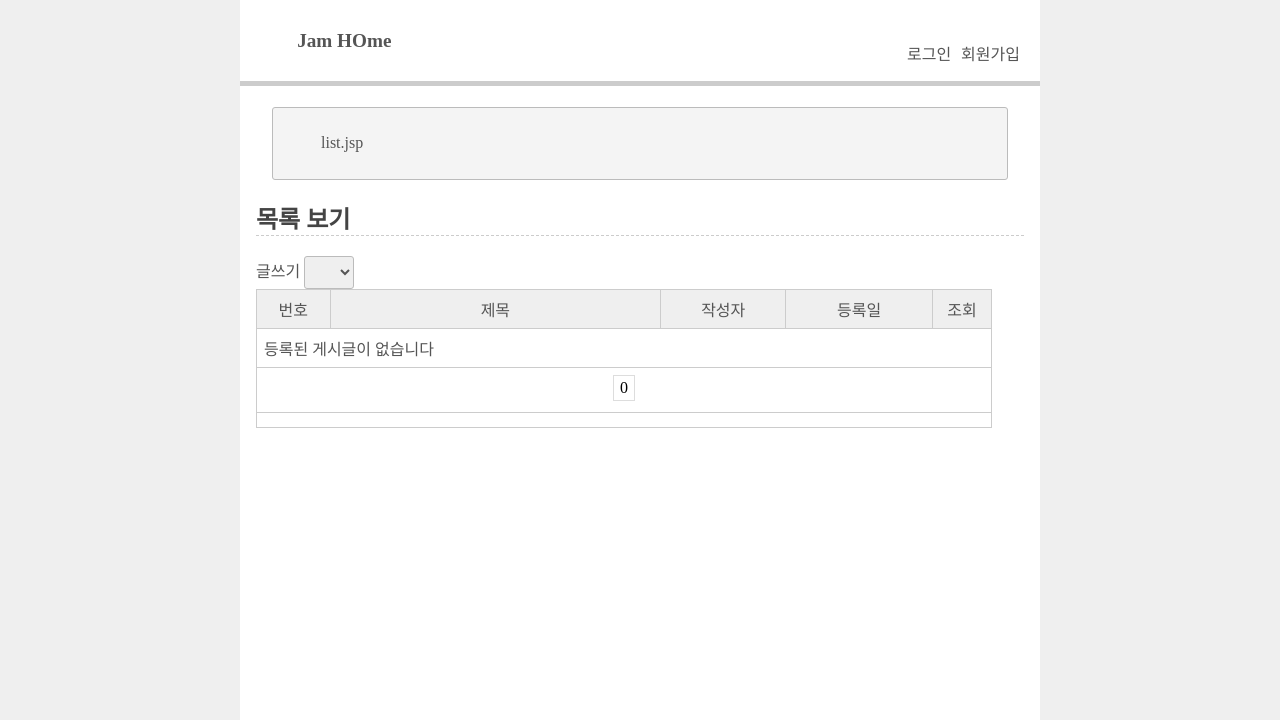
Repository: woals5636/JSPClass
Page: http://localhost/jspPro/days04/board/list.jsp
The author's editor kept a copy of each file at every save. The page is drawn from the files as they stood at one save, then again after the next save.
The browser window is 1280 px wide. The pictures show the whole page.
Some web fonts or font styles are not loaded; a fallback is used. The page is served by Tomcat 9. The template is opened directly, without the code that normally fills it, so the values that code supplies are empty.

Above is the page before, as saved 2024-10-21 07:14:59.

After the next save:
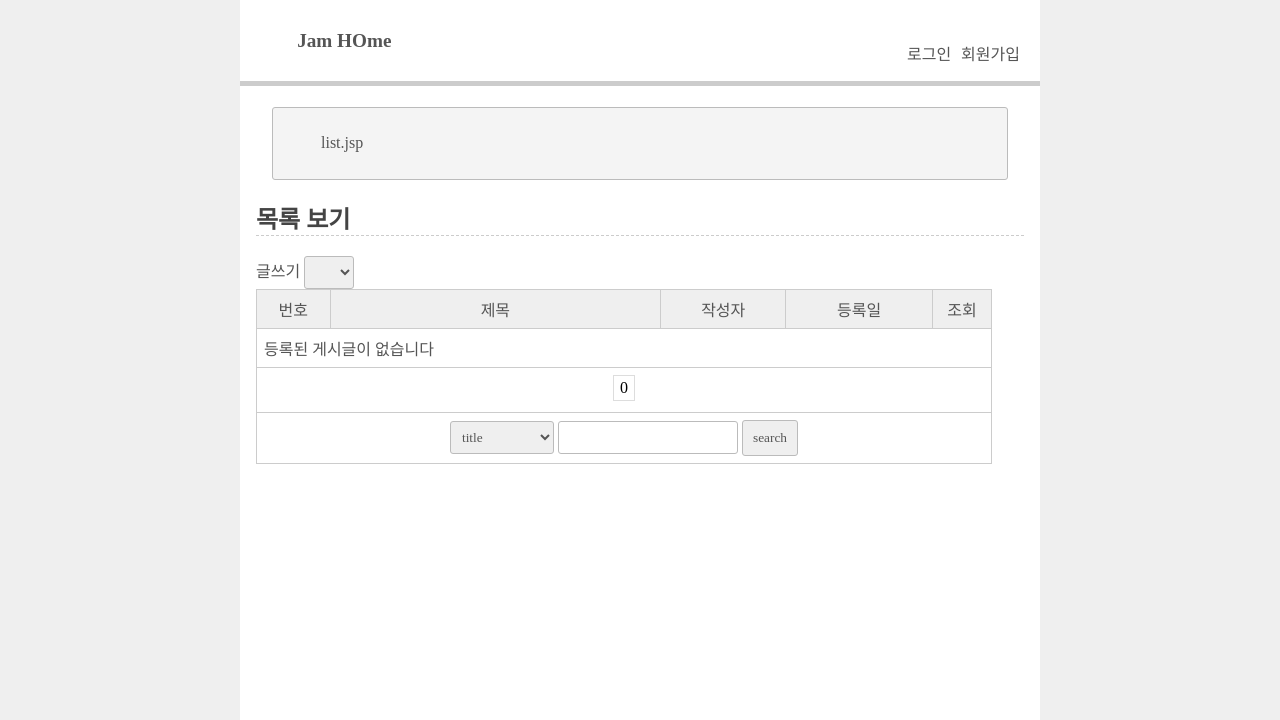
Saved 70 s later.
--- a/jspPro/src/main/webapp/days04/board/list.jsp
+++ b/jspPro/src/main/webapp/days04/board/list.jsp
@@ -110,6 +110,16 @@
 	</tr>
 	<tr>
 		<td colspan="5" align="center">
+		<form method="get">
+            <select name="searchCondition" id="searchCondition">
+             <option value="1"> title</option>
+             <option value="2">content</option>
+             <option value="3"> writer</option>
+             <option value="4">title+content</option>
+           </select>
+           <input type="text" name="searchWord" id="searchWord" />
+           <input type="submit" value="search" />
+         </form>
 	</tr>
    </tfoot>
   </table>
